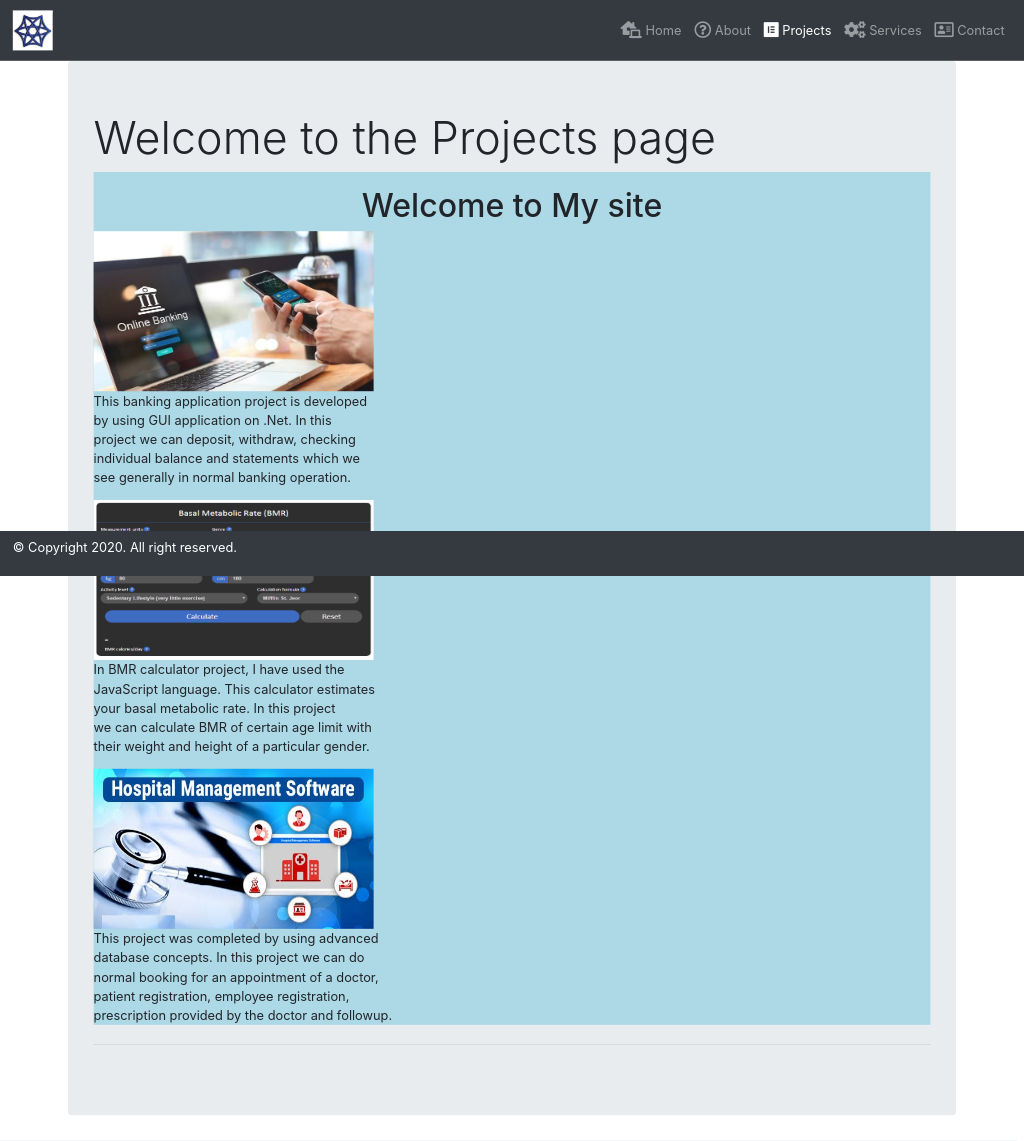
Repository: laxmangothe2020/COMP229Assignment
Page: http://localhost/projects
The author's editor kept a copy of each file at every save. The page is drawn from the files as they stood at one save, then again after the next save.
The browser window is 1280 px wide. The pictures show the whole page, at 80% of full size.
The page is served by the project's Node server (server.js).

Above is the page before, as saved 2021-02-11 21:04:19.

After the next save:
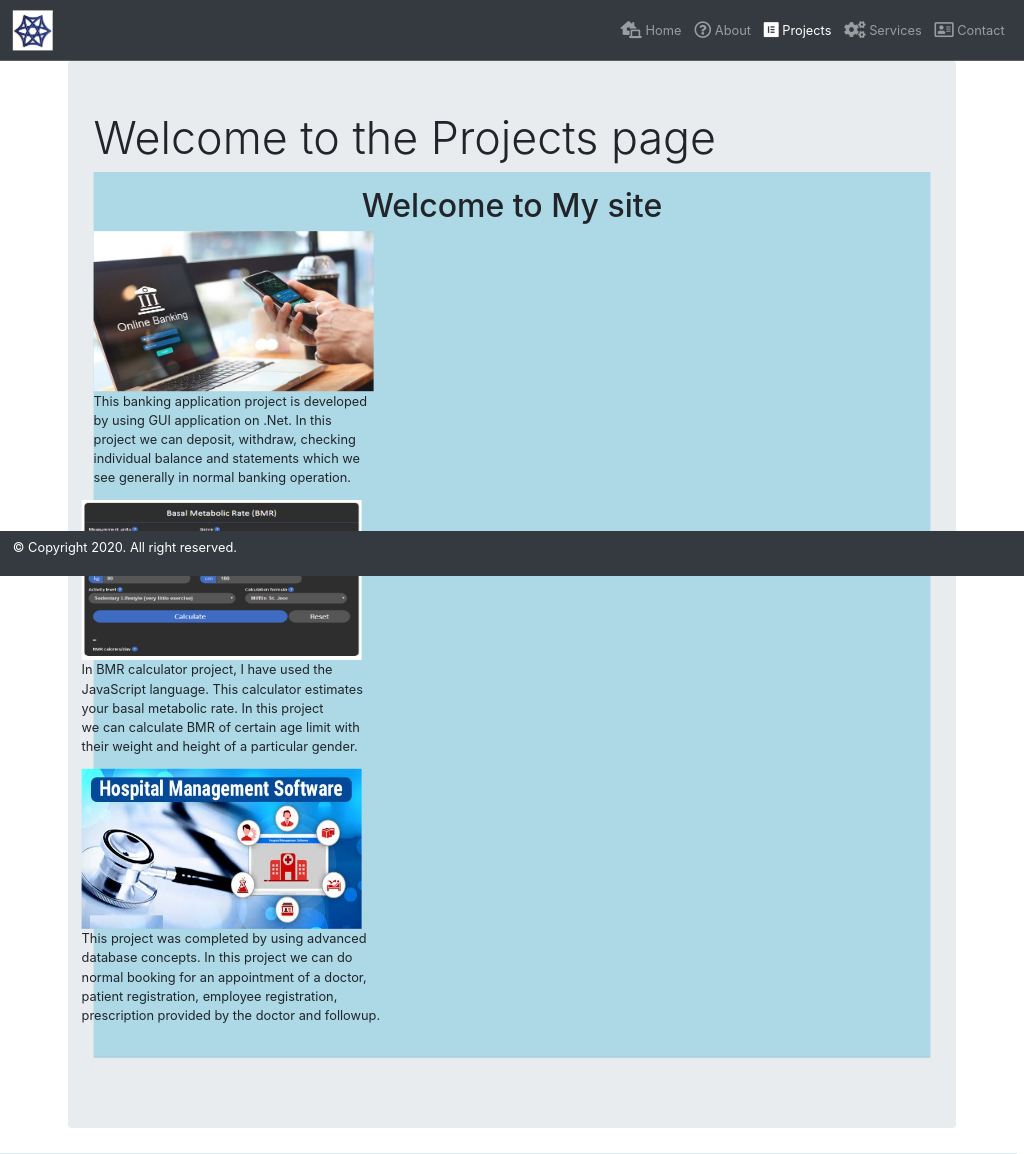
Saved 106 s later.
--- a/views/partials/projects.ejs
+++ b/views/partials/projects.ejs
@@ -11,8 +11,9 @@
                  project we can deposit, withdraw, checking<br>
                  individual balance and statements which we <br>
                  see generally in normal banking operation.</p>
-
-
+            </div>
+            <div class="row">
+                <div class="column">
 
            <div class="column">
              <img src="./Assets/images/bmr.png" width="350" height="200" >
@@ -30,6 +31,6 @@
                    patient registration, employee registration,<br>
                    prescription provided by the doctor and followup.</p>
            </div>
+      </div>
   </div>
-</div>
  </body>
